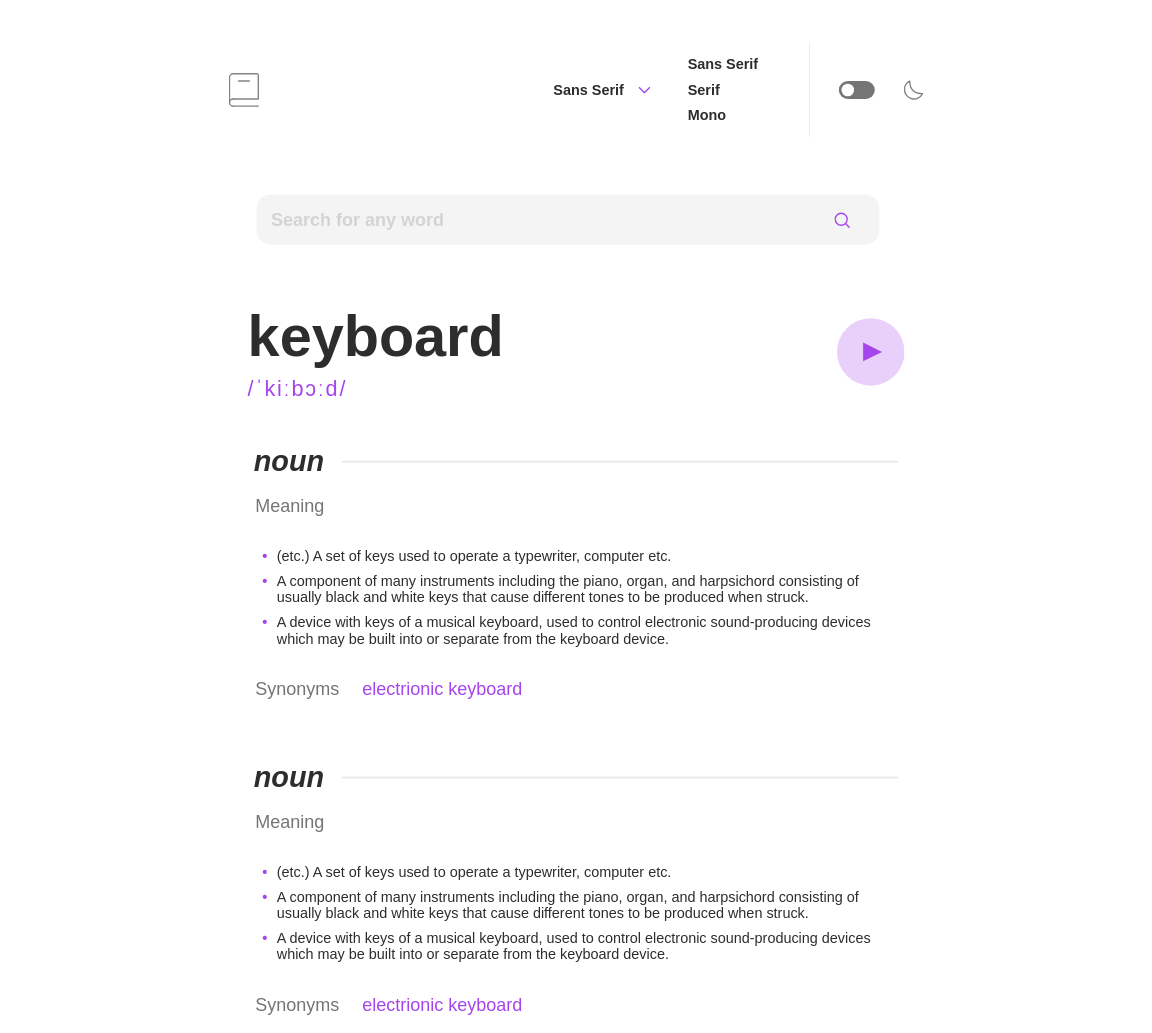
Repository: Arkitecth/dictionary-app
Page: index.html
These files come from the project's save history. The page is drawn as it stood at one moment and after the next save; the edit follows.
The browser window is 1280 px wide. The pictures show the whole page, at 90% of full size.

Above is the page before, as saved 2023-07-20 18:59:47.

### index.html
<!DOCTYPE html>
<html lang="en">
<head>
  <meta charset="UTF-8">
  <meta name="viewport" content="width=device-width, initial-scale=1.0">
  <link rel="stylesheet" href="styles.css">
  <title>Dictionary</title>
</head>
<body>

  <!-- Navigation -->
  <nav>
    <img src="assets/images/logo.svg" alt="logo">

    <div class="right">
      <div class="fonts">
        <p>Sans Serif</p>
        <img class="arrow-down" src="assets/images/icon-arrow-down.svg" alt="icon-arrow-down">
        <div class="modal">
          <ul>
            <li>Sans Serif</li>
            <li>Serif</li>
            <li>Mono</li>
          </ul>
        </div>

      </div>

      <div class="ruler"></div>

      <div class="togglers">
        <!-- Rounded switch -->
        <label class="switch">
          <input type="checkbox">
          <span class="slider round"></span>
        </label>
        <img src="assets/images/icon-moon.svg" alt="moon-icon">
      </div>
    </div>
  </nav>


  <!-- Search Bar -->
  <section class="search">
    <label for="search-bar"></label>
    <input type="text" name="search-bar" id="search-bar" placeholder="Search for any word">
    <img src="assets/images/icon-search.svg" alt="search-icon" class="search-icon">
  </section>


  <main>
    <section class="word-view">
      <div class="word-group">
        <h1>keyboard</h1>
        <p>/ˈkiːbɔːd/</p>
      </div>
      <img class="icon-play" src="assets/images/icon-play.svg" alt="icon-play">
    </section>

    <div class="speech-part-group">
      <p class="speech-part">noun</p>
      <div class="grey-rule"></div>
    </div>

    <section class="description">
      <p>Meaning</p>
      <ul>
        <li>(etc.) A set of keys used to operate a typewriter, computer etc.</li>
        <li>A component of many instruments including the piano, organ, and harpsichord consisting of usually black and white keys that cause different tones to be produced when struck.</li>
        <li>A device with keys of a musical keyboard, used to control electronic sound-producing devices which may be built into or separate from the keyboard device.</li>
      </ul>
      <p class="synonymn">Synonyms <span>electrionic keyboard</span></p>

    </section>

    <div class="speech-part-group">
      <p class="speech-part">noun</p>
      <div class="grey-rule"></div>
    </div>

    <section class="description">
      <p>Meaning</p>
      <ul>
        <li>(etc.) A set of keys used to operate a typewriter, computer etc.</li>
        <li>A component of many instruments including the piano, organ, and harpsichord consisting of usually black and white keys that cause different tones to be produced when struck.</li>
        <li>A device with keys of a musical keyboard, used to control electronic sound-producing devices which may be built into or separate from the keyboard device.</li>
      </ul>
      <p class="synonymn">Synonyms <span>electrionic keyboard</span></p>

    </section>

  </main>

  <script src="script.js"></script>
</body>
</html>

### styles.css
:root {
    --dark-grey: #757575;
    --purple:#a445ed;
    --light-grey:#f4f4f4;
    --dark-three:#2d2d2d;
    --lighter-grey:#e9e9e9;
}


* {
    margin: 0;
    padding: 0;
}



/* Main Styling */
body {
    max-width: 1100px;
    margin: 0 auto;
    font-family: sans-serif;
    color: var(--dark-three);
}


/* Light Styling */

/* Nav Styling */
nav {
    display: flex;
    justify-content: space-around;
    margin-top: 3rem;
}

.right {
    display: flex;
    gap: 2rem;
}

.fonts {
    display: flex;
    gap: 1rem;
    align-items: center;
    font-weight: 600;
}

.arrow-down {
    cursor: pointer;
}

.ruler {
    width: 1px;
    background-color: #e9e9e9;
}

.togglers {
    display: flex;
    gap: 2rem;
    align-items: center;
}



/* The switch - the box around the slider */
.switch {
  position: relative;
  display: inline-block;
  width: 40px;
  height: 20px;
}

/* Hide default HTML checkbox */
.switch input {
  opacity: 0;
  width: 0;
  height: 0;
}

/* The slider */
.slider {
  position: absolute;
  cursor: pointer;
  top: 0;
  left: 0;
  right: 0;
  bottom: 0;
  background-color: var(--dark-grey);
  -webkit-transition: .4s;
  transition: .4s;
}

.slider:before {
  position: absolute;
  content: "";
  height: 14px;
  width: 14px;
  left: 3px;
  bottom: 3px;
  background-color: white;
  -webkit-transition: .4s;
  transition: .4s;
}

input:checked + .slider {
  background-color: var(--purple)
}

input:focus + .slider {
  box-shadow: 0 0 1px var(--purple)
}

input:checked + .slider:before {
  -webkit-transform: translateX(20px);
  -ms-transform: translateX(20px);
  transform: translateX(20px);
}

/* Rounded sliders */
.slider.round {
  border-radius: 34px;
}

.slider.round:before {
  border-radius: 50%;
}



/* Search */

.search {
    text-align: center;
    margin-top: 4rem;
    display: flex;
    justify-content: center;
}

input[type="text"] {
    width:60%;
    height: 1.5rem;
    padding: 1rem;
    border-radius: 16px;
    border: none;
    background-color: var(--light-grey);
    outline: none;
    font-size: 20px;
    font-weight: 700;

}

input[type="text"]:active,
input[type="text"]:focus {
    border: 1px solid var(--purple);
}


input[type="text"]::placeholder {
    opacity: 0.25;
}

.search-icon {
    transform: translate(-50px,1px);
    text-align: center;
}



/* Word View */

.word-view {
    text-align: center;
    margin-top: 4rem;
    display: flex;
    justify-content: space-around;
}
.word-group h1 {
    font-size: 4rem;
}

.word-group p {
    text-align: left;
    font-size: 1.5rem;
    color: var(--purple);
    font-weight: 400;
    padding-top: 0.5rem;
    letter-spacing: 2px;
}


/* Speech Part(noun, pronoun, verb) */
.speech-part-group {
    display: flex;
    justify-content: center;
    align-items: center;
    gap: 20px;
    margin-top: 3rem;
}
.speech-part {
    text-align: left;
    font-size: 2rem;
    font-weight: 700;
    font-style: italic;
}
.grey-rule {
    border: 1px solid var(--lighter-grey);
    height: 0;
    width: 56%;
}

/* Description */
.description {
    /* width: fit-content;
    margin: 0 auto;
    margin-top: 2rem; */
    width: 65%;
    /* margin-left: 17.5%; */
    margin: 0 auto;
}


.description p {
    color: var(--dark-grey);
    text-align: left;
    font-size: 1.25rem;
    padding: 20px 1px;

}

ul {
    text-align: left;
    padding: 10px 20px;
    list-style: none;
}
.description ul li::before {
    content: "\2022";
    width: 1rem;
    font-weight: bold;
    display: inline-block;
    margin-left: -1em;
    color: var(--purple);
}
ul li{
    padding: 5px;
    color: var(--dark-three);
}
.synonymn span {
    color: var(--purple);
    padding: 0 20px;
}


/* Dynamic Styles */

.modal ul{
    list-style: none !important;
}




/* Mobile Styels */

@media screen and (max-width:375px) {

    input[type="text"] {
        width: 327px;
    }
    .search {
        margin-left: 10px;
    }

    .word-group h1 {
        font-size: 32px;
    }

    .icon-play {
        width: 48px;
    }

    .description {
        width: 275px;
    }

    .speech-part {
        font-size: 18px;
    }

    .description p {
        font-size: 16px;
    }
}

@media screen and (min-width:580px) and (max-width:768px) {
    nav {
        justify-content: space-between;
        padding: 20px;
    }
    input[type="text"] {
        width: 689px;
    }

    .word-view {
        justify-content: space-between;
        padding: 20px;
    }

    .speech-part-group {
        justify-content: space-between;
        padding: 20px;
    }

    .speech-part {
        text-align: left;
        font-size: 24px;
    }
    .grey-rule {
        border: 1px solid var(--lighter-grey);
        height: 0;
        width: 608px;
    }
    .description {
        text-align: left;
        margin: 0;
        width: 500px;
        padding: 20px;
    }


}

### script.js
class App {
    constructor() {
        this._arrowDown = document.querySelector(".arrow-down");
        this._body = document.querySelector("body");
        this._ui = new UI(this._body, this.arrowDown)
    }

    run() {
        this._arrowDown.addEventListener("click", () => {
            this._ui.arrowDownModal();
        })
    }
}

class UI {
    constructor(body, arrowDown) {
        this.body = body;
        this.arrowDown = arrowDown;
    }

   arrowDownModal() {

   }

}

const app = new App();
app.run();

After the next save:
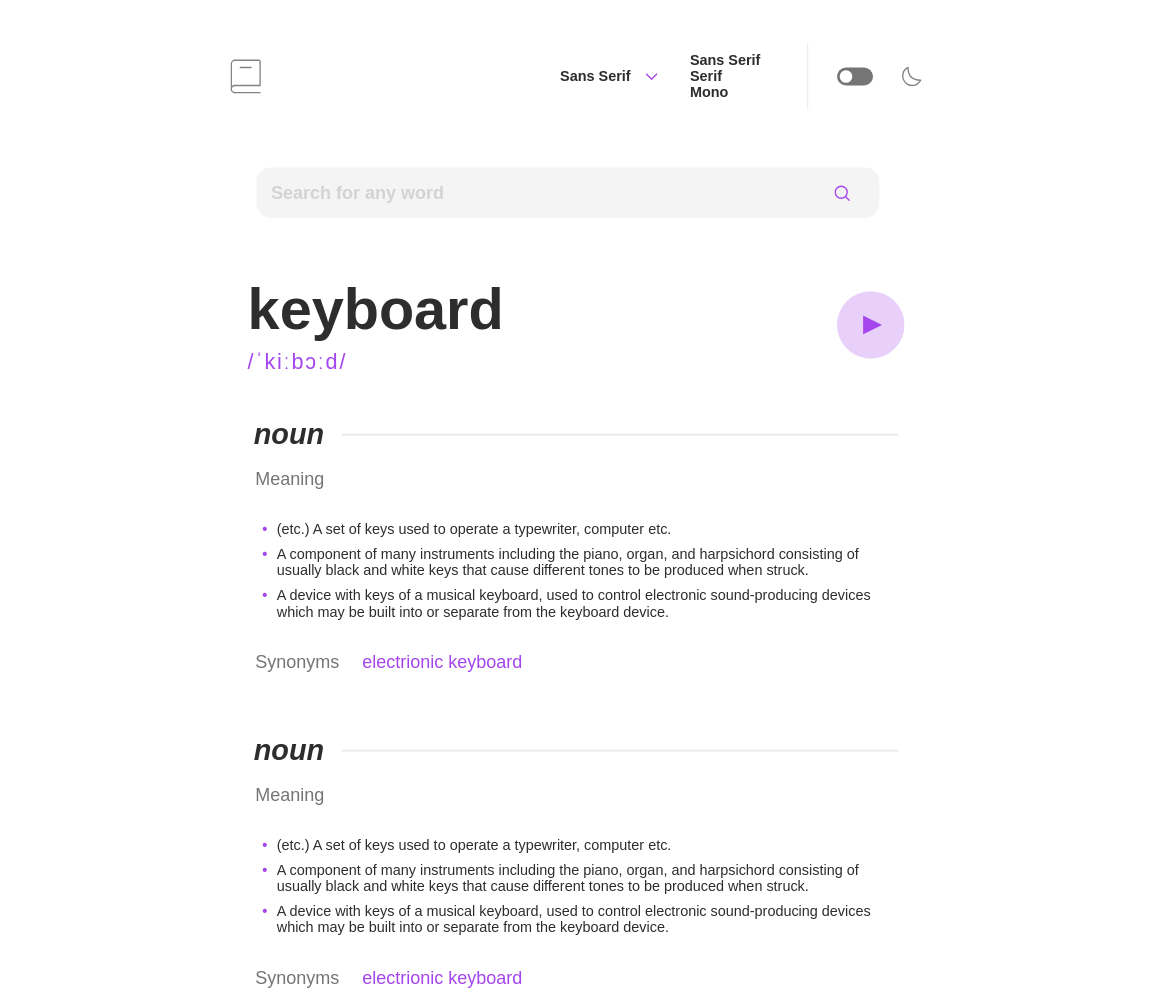
Saved 6 s later.
--- a/styles.css
+++ b/styles.css
@@ -239,7 +239,7 @@
     margin-left: -1em;
     color: var(--purple);
 }
-ul li{
+.description ul li{
     padding: 5px;
     color: var(--dark-three);
 }
